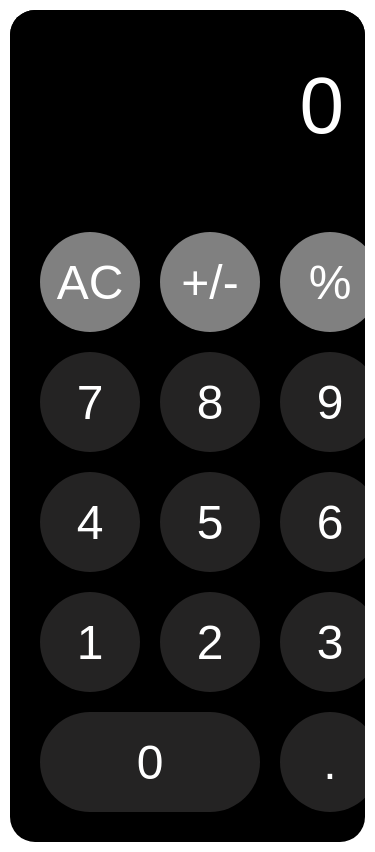
Repository: EguJaredoBoyd/IgHub
Page: mId-week-project/index.html
An editor plug-in stored every save of this project. The page is shown before and after the next save, followed by the edit.
The browser window is 375 px wide. The pictures show the whole page.

Above is the page before, as saved 2025-02-28 15:00:42.

After the next save:
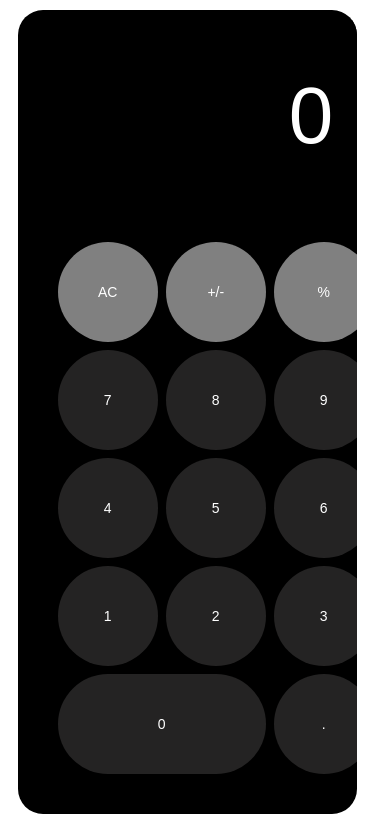
Saved 30 h 3 min later.
--- a/mId-week-project/styles.css
+++ b/mId-week-project/styles.css
@@ -71,3 +71,34 @@ button:active{
     width: 100%;
     border-radius: 50px;
 }
+
+/* Media query for tablets */
+@media (max-width: 768px) {
+    #calculator {
+        width: 250px;
+        padding: 15px;
+    }
+
+    button {
+        padding: 12px;
+        font-size: 16px;
+    }
+}
+
+/* Media query for mobile devices */
+@media (max-width: 480px) {
+    #calculator {
+        width: 90%;
+        padding: 10px;
+    }
+
+    #keys {
+        grid-template-columns: repeat(4, 1fr);
+        gap: 8px;
+    }
+
+    button {
+        padding: 10px;
+        font-size: 14px;
+    }
+}
